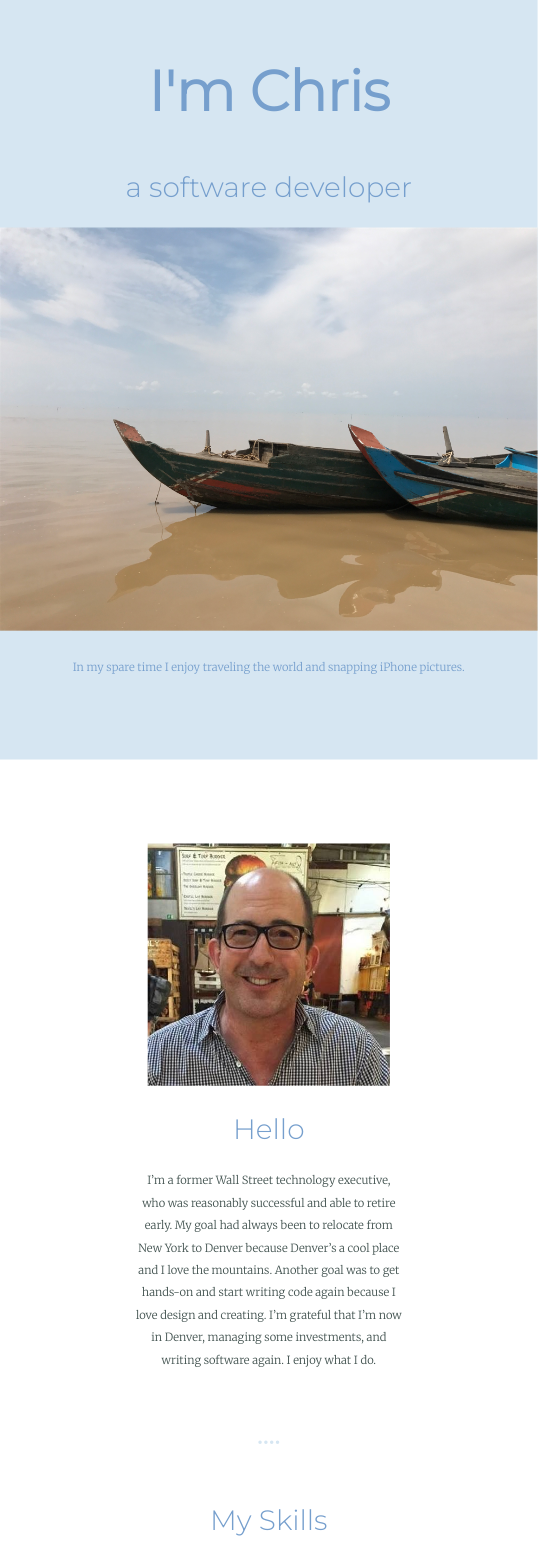
Repository: EpiTao-LLC/Personal_web_page
Page: index.html
The author's editor kept a copy of each file at every save. The page is drawn from the files as they stood at one save, then again after the next save.
The browser window is 768 px wide. The pictures show the part of the page from y = 0 to 2240 px (the page is 4533 px tall before and 4503 px after), at 70% of full size.

Above is the page before, as saved 2020-08-30 16:42:38.

After the next save:
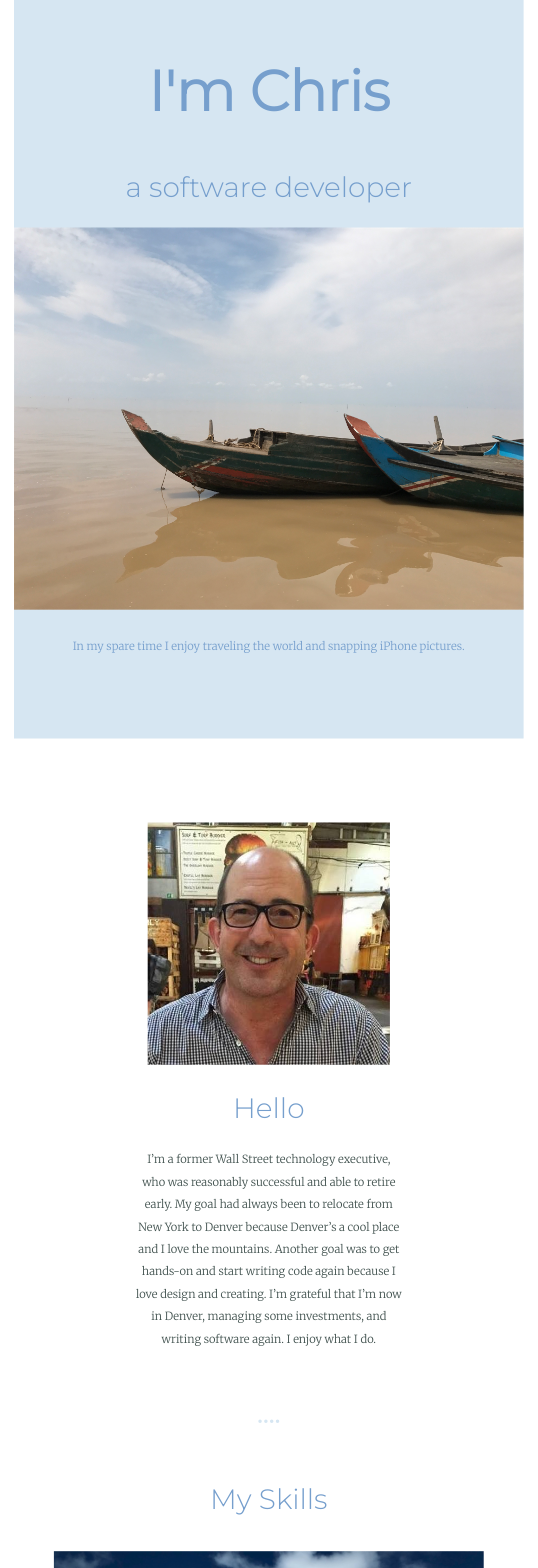
Saved 87 s later.
--- a/css/styles.css
+++ b/css/styles.css
@@ -163,6 +163,10 @@
     h3 {
         font-size: 1.25rem;
     }
+    .top-container {
+        margin-left: 20px;
+        margin-right: 20px
+    }
     .middle-container {
         text-align: center;
         position: relative;

After the save that followed:
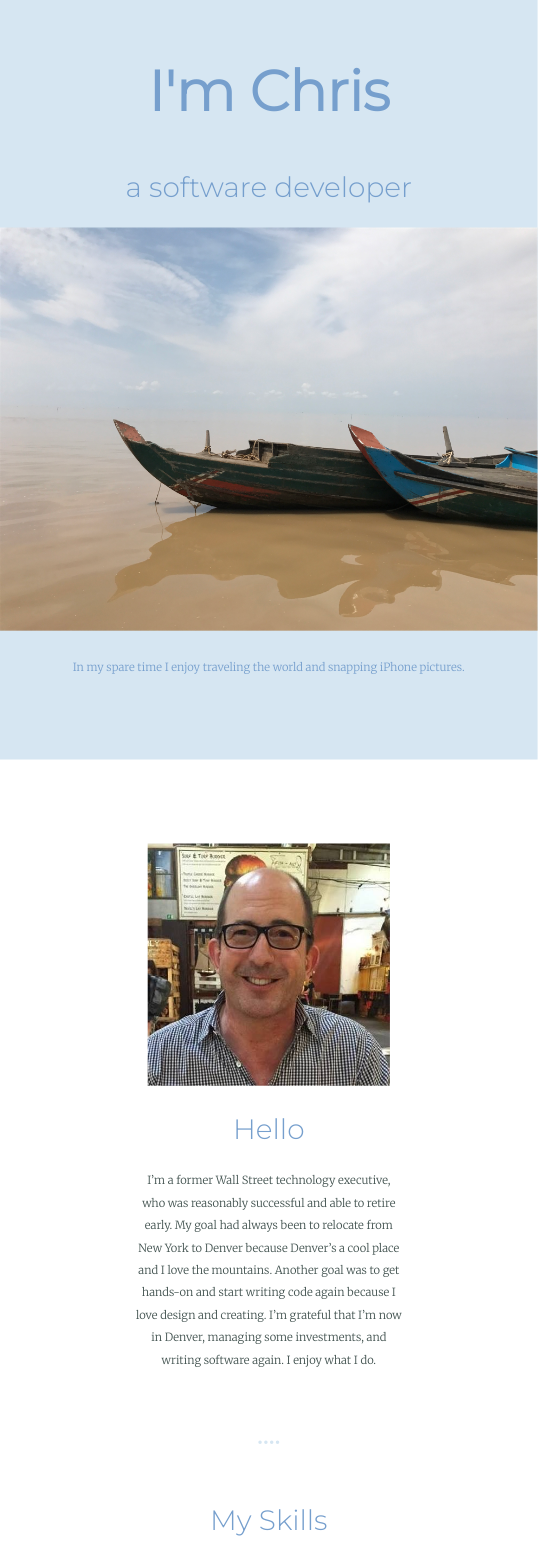
Saved 92 s later.
--- a/css/styles.css
+++ b/css/styles.css
@@ -162,11 +162,10 @@
   @media (max-width: 780px) {
     h3 {
         font-size: 1.25rem;
-    }
-    .top-container {
         margin-left: 20px;
-        margin-right: 20px
-    }
+        margin-right: 20px;
+    }
+
     .middle-container {
         text-align: center;
         position: relative;
